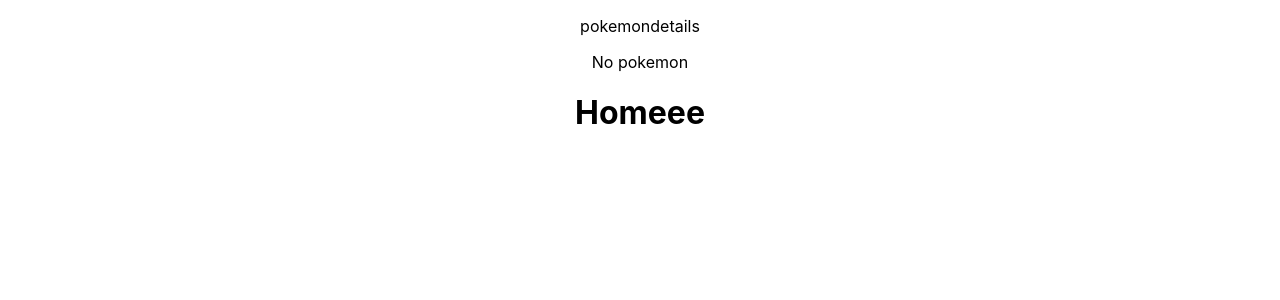
Repository: htihaS/pokemon-world
Page: /
The author's editor kept a copy of each file at every save. The page is drawn from the files as they stood at one save, then again after the next save.
The browser window is 1280 px wide. The pictures show the whole page.
The page's requests for data from a server got no answer. The project was rebuilt for these pictures with package versions that can differ from the ones it lists, and the page was loaded fresh each time. No one was signed in, and anything a server would have sent is missing. Also part of the build but not shown: src/Components/PokemonDetails.js.

Above is the page before, as saved 2022-10-20 23:51:01.

After the next save:
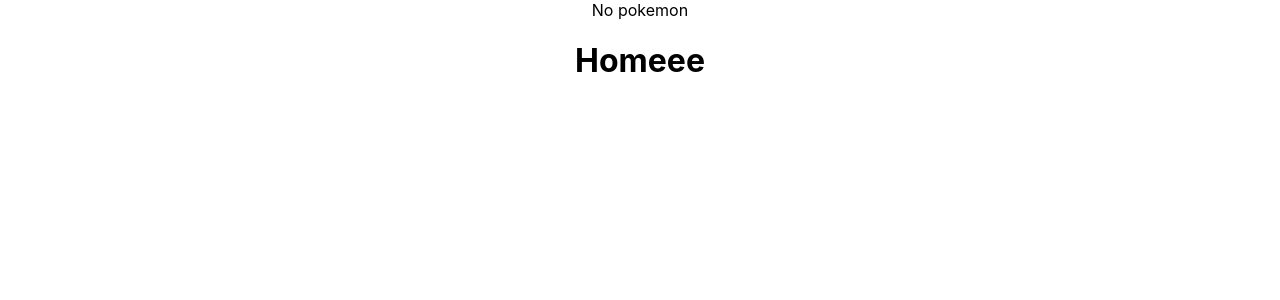
Saved 31 s later.
--- a/src/Components/Sidebar.js
+++ b/src/Components/Sidebar.js
@@ -32,7 +32,6 @@ const Sidebar =()=>{
 
     return(
         <div>
-            <p>pokemondetails</p>
           <Container>
             <Row>
                 <Col md={4}>
